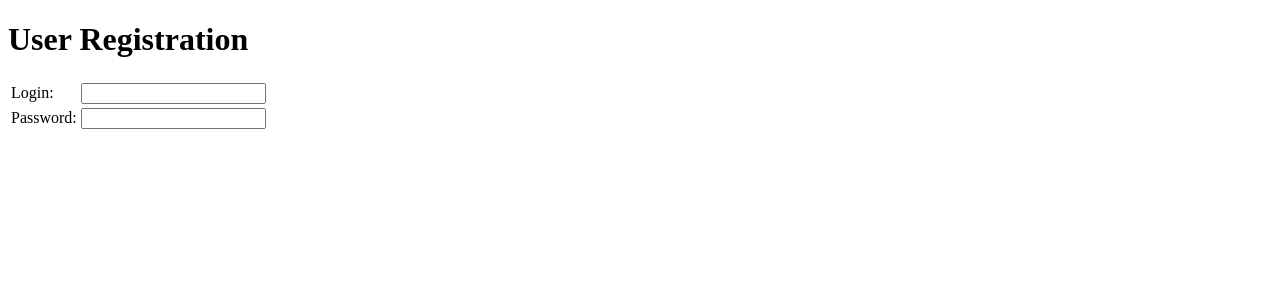
Repository: ViniciusBeletella/project-jsp
Page: http://localhost/project-jsp/userRegistration.jsp
An editor plug-in stored every save of this project. The page is shown before and after the next save, followed by the edit.
The browser window is 1280 px wide. The pictures show the whole page.
The page is served by Tomcat 9. Other server files are loaded and not shown.

Above is the page before, as saved 2019-12-10 11:53:52.

### project-jsp/WebContent/userRegistration.jsp
<%@ page language="java" contentType="text/html; charset=UTF-8"
	pageEncoding="UTF-8"%>
<!DOCTYPE html>
<html>
<head>
<meta charset="UTF-8">
<title>User Registration</title>
</head>
<body>

	<h1>User Registration</h1>

	<form action="">
		<table>
			<tr>
				<td>Login:</td>
				<td><input type="text" id="Login" name="Login"></td>
			</tr>

			<tr>
				<td>Password:</td>
				<td><input type="password" id="Password" name="Password"></td>
			</tr>
		</table>
		<input type="submit" value="Save>
	</form>

</body>
</html>

After the next save:
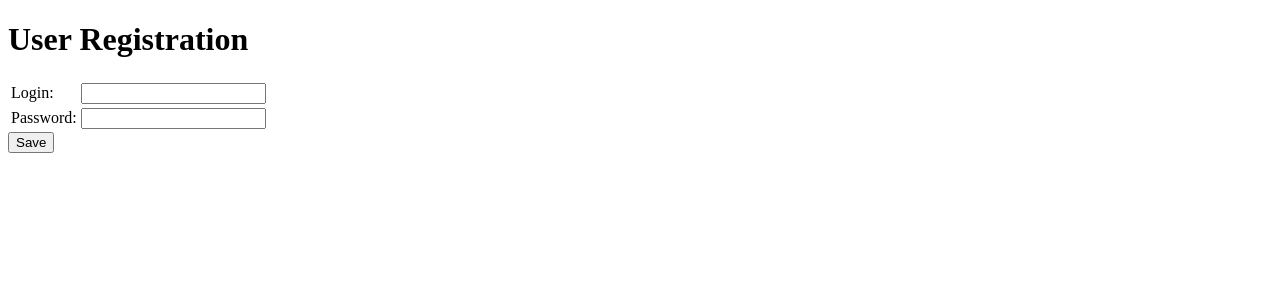
Saved 12 s later.
--- a/project-jsp/WebContent/userRegistration.jsp
+++ b/project-jsp/WebContent/userRegistration.jsp
@@ -22,7 +22,7 @@
 				<td><input type="password" id="Password" name="Password"></td>
 			</tr>
 		</table>
-		<input type="submit" value="Save>
+		<input type="submit" value="Save">
 	</form>
 
 </body>
